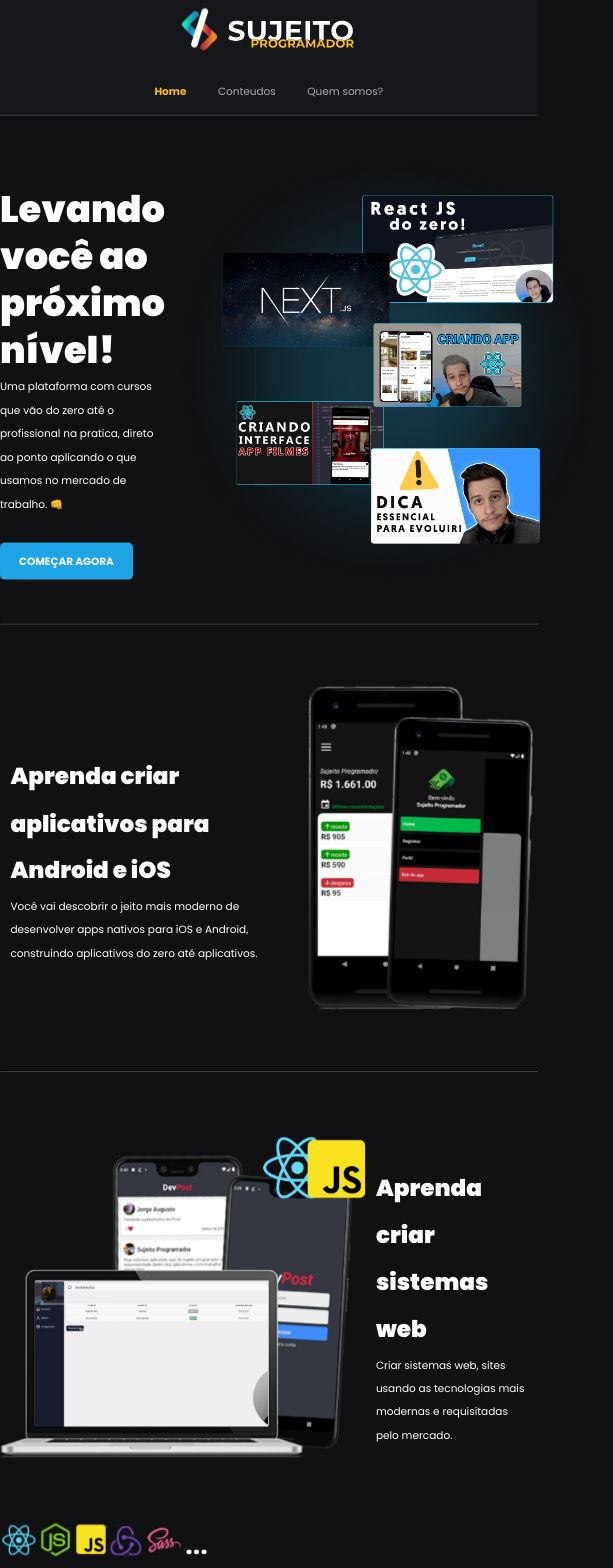
Repository: ArthurHendrich/Blog
Page: /
The author's editor kept a copy of each file at every save. The page is drawn from the files as they stood at one save, then again after the next save.
The browser window is 768 px wide. The page is 876 px wide, then 832 px, so the pictures cover 876 px, including what lies to the right of the window. The pictures show the part of the page from y = 0 to 2240 px (the page is 2583 px tall before and 2618 px after), at 70% of full size.
The project was rebuilt for these pictures with package versions that can differ from the ones it lists, and the page was loaded fresh each time. The framework's server and built-in components were replaced by stand-ins that run in the browser. Also part of the build but not shown: next.config.js.

Above is the page before, as saved 2022-07-06 00:24:22.

After the next save:
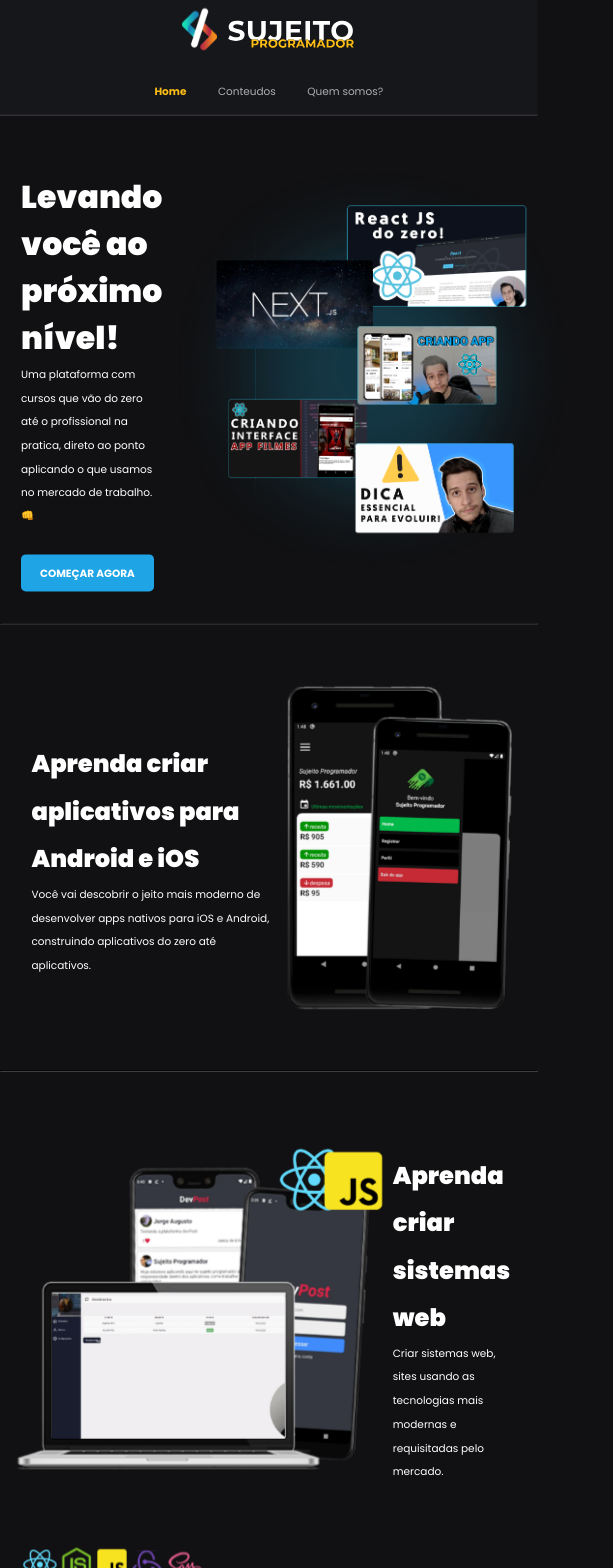
Saved 5 min 2 s later.
--- a/src/styles/home.module.scss
+++ b/src/styles/home.module.scss
@@ -131,3 +131,48 @@
     }
   }
 }
+
+@media (max-width: 1110px) {
+  .container {
+    .containerHeader {
+      padding: 0 2rem;
+
+      button {
+        display: block;
+      }
+    }
+
+    img{
+      max-width: 600px;
+    }
+
+    div h1 {
+      font-size: 3rem;
+    }
+
+    div h2 {
+      font-size: 2.3rem;
+
+      span {
+        font-size: 2.3rem;
+      }
+    }
+
+    .sectionContent, .nextLevelContent {
+      padding: 0 2rem;
+    }
+  }
+}
+
+@media (max-width: 950px) {
+  .contaier {
+    .containerHeader {
+      flex-direction: column;
+
+    }
+
+    .containerHeader:first-child {
+      margin-top: 1rem;
+    }
+  }
+}
